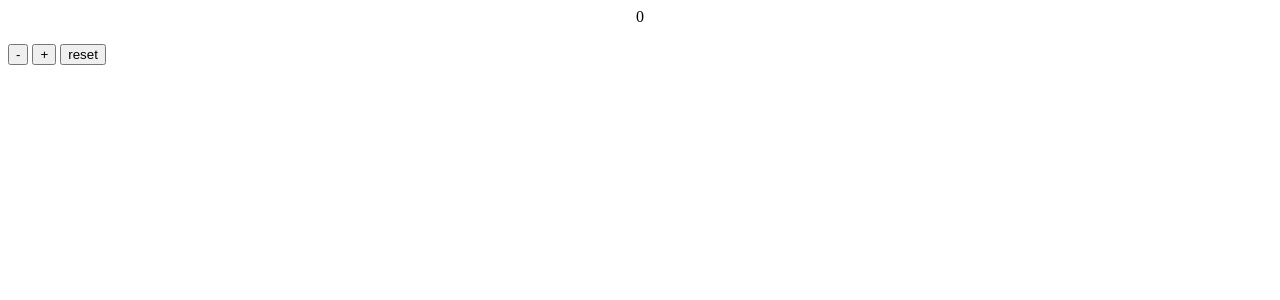
Repository: albinsabu2023/Stopwatch-program
Page: index.html
The author's editor kept a copy of each file at every save. The page is drawn from the files as they stood at one save, then again after the next save.
The browser window is 1280 px wide. The pictures show the whole page.

Above is the page before, as saved 2023-03-02 19:19:08.

### index.html
<!DOCTYPE html>
<html lang="en">
<head>
    <meta charset="UTF-8">
    <meta http-equiv="X-UA-Compatible" content="IE=edge">
    <meta name="viewport" content="width=device-width, initial-scale=1.0">
    <link rel="stylesheet" href="style.css">
    <title>Document</title>
</head>
<body>

   <label id="countlabel">0</label><br>

    <button id="dec">-</button>
    <button id="inc">+</button>
    <button id="reset">reset</button>
    <script src="index.js"></script>
</body>
</html>

### style.css
#countlabel{
    display:block;
    text-align: center;
    font-size: 5;
}

### index.js
//TYPE CONVERSION
//z = String(3.2); //tostring
/// w = Number("3"); //to number
// t = Boolen(""); //by default is false

//CONSTANTS

// const PI = 3.1452; //pi will never changed
// let r;
// let peri;
// r = prompt("enter the radius");
// a = Number(r);
// peri = 2 * PI * a;
// console.log(peri);

//MATH
//provide basic mathematica; functionalities
// let x = 3.14;
// let y = 4.5;
// // let max = Math.max(x, y);
// // let min = Math.min(x, y); //x = Math.round(x); //to round up
// // x = Math.ceil(x);// to round down
// // x = Math.pow(2, 3);//Math.pow(base,expo)
// // x = Math.sqrt(25);
// let pii = Math.PI;

// console.log(pii);

// let a;
// let b;
// let c;
// a = prompt("enter a");
// a = Number(a);
// b = prompt("enter a");
// b = Number(b);
// c = Math.sqrt(Math.pow(a, 2) + Math.pow(b, 2));
// console.log(c);

//recieving from input

//html
//  <label id="alabel">Side A</label>
//     <input type="text" id="atext"><br >
//     <label id="blabel">Side B</label>
//     <input type="text" id="btext"><br>
//     <label id="clabel" >Side C</label>

//     <button type="submit" id="submit">submit</button>
//javascript
// document.getElementById("submit").onclick = function () {
//   a = document.getElementById("atext").value;
//   b = document.getElementById("btext").value;
//   a = Number(a);
//   b = Number(b);
//   c = Math.sqrt(Math.pow(a, 2) + Math.pow(b, 2));
//   document.getElementById("clabel").innerHTML = "side c" + c;
// };

After the next save:
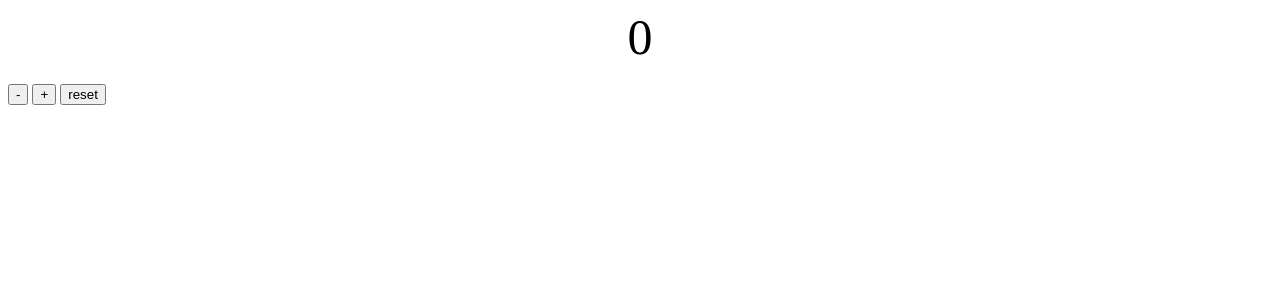
Saved 26 s later.
--- a/style.css
+++ b/style.css
@@ -1,5 +1,5 @@
 #countlabel{
     display:block;
     text-align: center;
-    font-size: 5;
+    font-size: 50px;
 }
